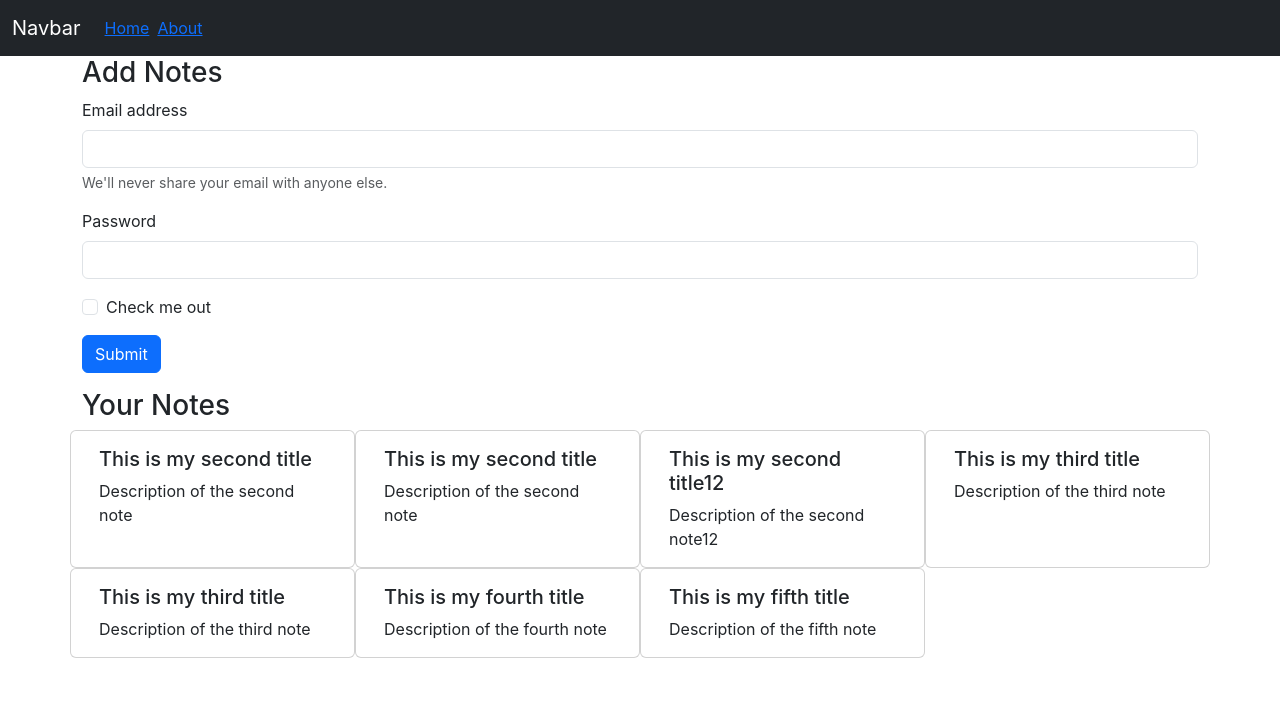
Repository: alphacode77/DailyNotes-react
Page: /
These files come from the project's save history. The page is drawn as it stood at one moment and after the next save; the edit follows.
The browser window is 1280 px wide. The pictures show the whole page.
Some web libraries are served in a nearby version. The project was rebuilt for these pictures with package versions that can differ from the ones it lists, and the page was loaded fresh each time. Also part of the build but not shown: src/App.css, src/components/About.js.

Above is the page before, as saved 2023-02-28 16:46:58.

After the next save:
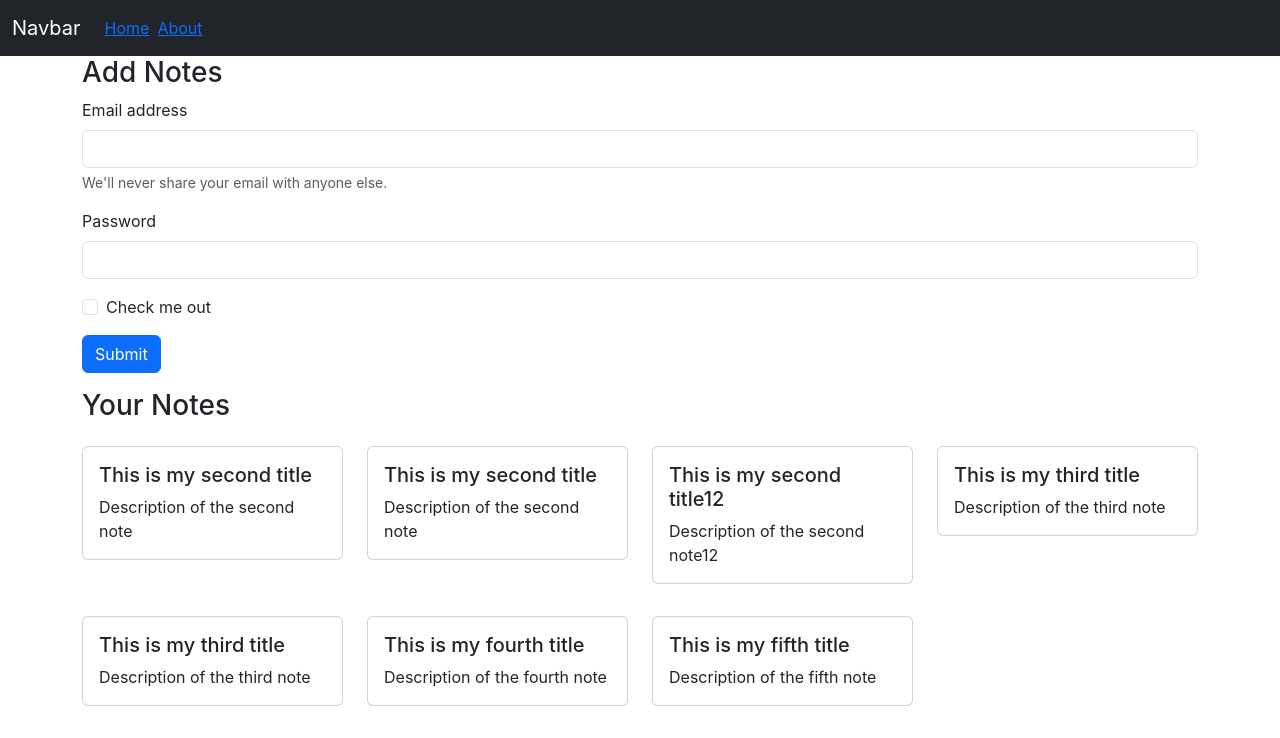
Saved 113 s later.
--- a/src/components/Noteitem.js
+++ b/src/components/Noteitem.js
@@ -4,13 +4,15 @@ const Noteitem = (props) => {
   const { note } = props
   return (
     <>
+      <div className='col-md-3'>
 
-        <div className="card col-md-3">
+        <div className="card my-3">
           <div className="card-body">
             <h5 className="card-title">{note.title}</h5>
             <p className="card-text">{note.description}</p>
           </div>
         </div>
+      </div>
 
 
     </>
